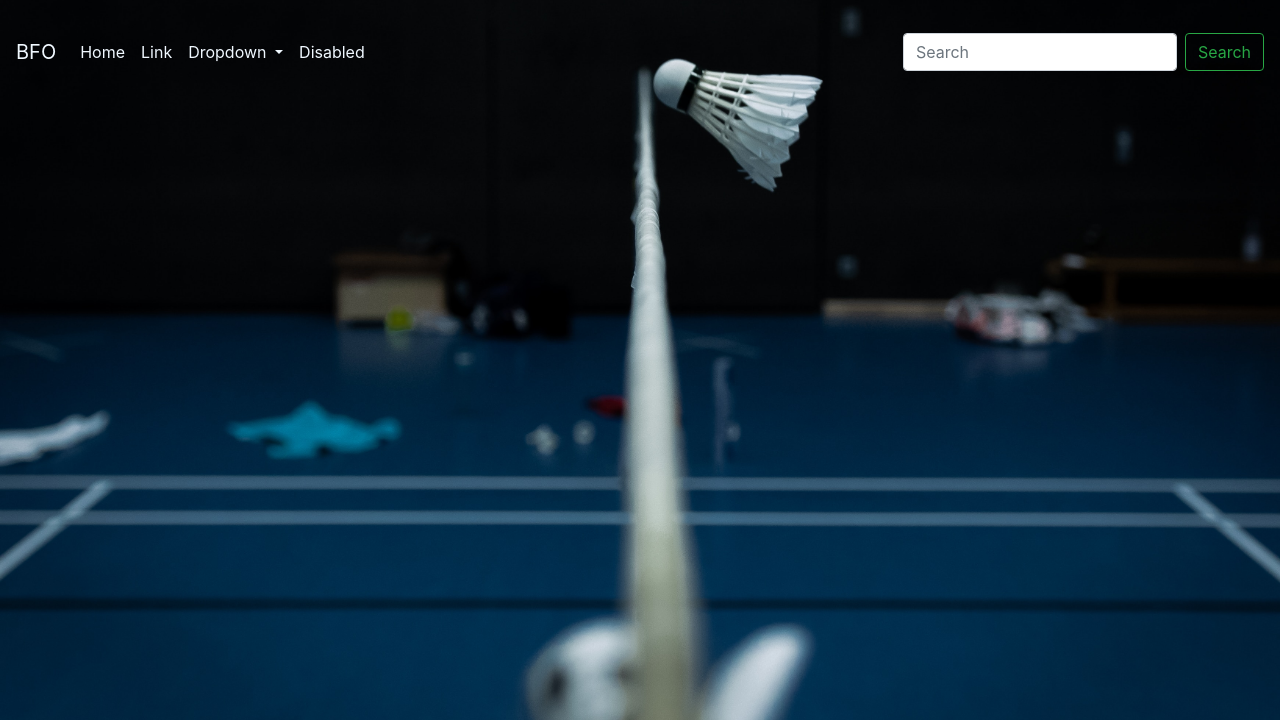
Repository: tsthuy/Badminton
Page: index.html
These files come from the project's save history. The page is drawn as it stood at one moment and after the next save; the edit follows.
The browser window is 1280 px wide. The pictures show the whole page.
Some web libraries are served in a nearby version.

Above is the page before, as saved 2023-10-12 21:54:07.

### index.html
<!DOCTYPE html>
<html lang="en">
<head>
    <meta charset="UTF-8">
    <meta name="viewport" content="width=device-width, initial-scale=1.0">
    <link rel="stylesheet" href="https://cdn.jsdelivr.net/npm/bootstrap@4.0.0/dist/css/bootstrap.min.css" integrity="sha384-Gn5384xqQ1aoWXA+058RXPxPg6fy4IWvTNh0E263XmFcJlSAwiGgFAW/dAiS6JXm" crossorigin="anonymous">
    <link rel="stylesheet" href="main.css">

    <title>Badminton</title>
</head>
<body>
    Explain
<nav class="navbar navbar-expand-lg navbar-light bg-light " style="background-color: transparent !important;
">
  <a style="color: aliceblue;" class="navbar-brand" href="#">BFO</a>
  <button class="navbar-toggler" type="button" data-toggle="collapse" data-target="#navbarSupportedContent" aria-controls="navbarSupportedContent" aria-expanded="false" aria-label="Toggle navigation">
    <span class="navbar-toggler-icon"></span>
  </button>

  <div class="collapse navbar-collapse" id="navbarSupportedContent">
    <ul class="navbar-nav mr-auto">
      <li class="nav-item active">
        <a style="color: aliceblue;" class="nav-link" href="#">Home <span class="sr-only">(current)</span></a>
      </li>
      <li class="nav-item">
        <a style="color: aliceblue;" class="nav-link" href="#">Link</a>
      </li>
      <li class="nav-item dropdown">
        <a style="color: aliceblue;" class="nav-link dropdown-toggle" href="#" id="navbarDropdown" role="button" data-toggle="dropdown" aria-haspopup="true" aria-expanded="false">
          Dropdown
        </a>
        <div style="color: aliceblue;" class="dropdown-menu" aria-labelledby="navbarDropdown">
          <a class="dropdown-item" href="#">Action</a>
          <a class="dropdown-item" href="#">Another action</a>
          <div class="dropdown-divider"></div>
          <a class="dropdown-item" href="#">Something else here</a>
        </div>
      </li>
      <li class="nav-item">
        <a style="color: aliceblue;" class="nav-link disabled" href="#">Disabled</a>
      </li>
    </ul>
    <form class="form-inline my-2 my-lg-0">
      <input class="form-control mr-sm-2" type="search" placeholder="Search" aria-label="Search">
      <button class="btn btn-outline-success my-2 my-sm-0" type="submit">Search</button>
    </form>
  </div>
</nav>
   <div class="background_cover">

    <img class="bg_img" src="./Image/stephan-rothe-VePgmkq3hHI-unsplash.jpg" alt="" style="object-fit: cover;margin-top: -80px; height: 100vh; width: 100%;">
   </div>

</body>

<script src="https://code.jquery.com/jquery-3.2.1.slim.min.js" integrity="sha384-KJ3o2DKtIkvYIK3UENzmM7KCkRr/rE9/Qpg6aAZGJwFDMVNA/GpGFF93hXpG5KkN" crossorigin="anonymous"></script>
<script src="https://cdn.jsdelivr.net/npm/popper.js@1.12.9/dist/umd/popper.min.js" integrity="sha384-ApNbgh9B+Y1QKtv3Rn7W3mgPxhU9K/ScQsAP7hUibX39j7fakFPskvXusvfa0b4Q" crossorigin="anonymous"></script>
<script src="https://cdn.jsdelivr.net/npm/bootstrap@4.0.0/dist/js/bootstrap.min.js" integrity="sha384-JZR6Spejh4U02d8jOt6vLEHfe/JQGiRRSQQxSfFWpi1MquVdAyjUar5+76PVCmYl" crossorigin="anonymous"></script>
    </script>
</html>

Loaded but not shown: main.css (no stored copy; drawn as an empty file)

After the next save:
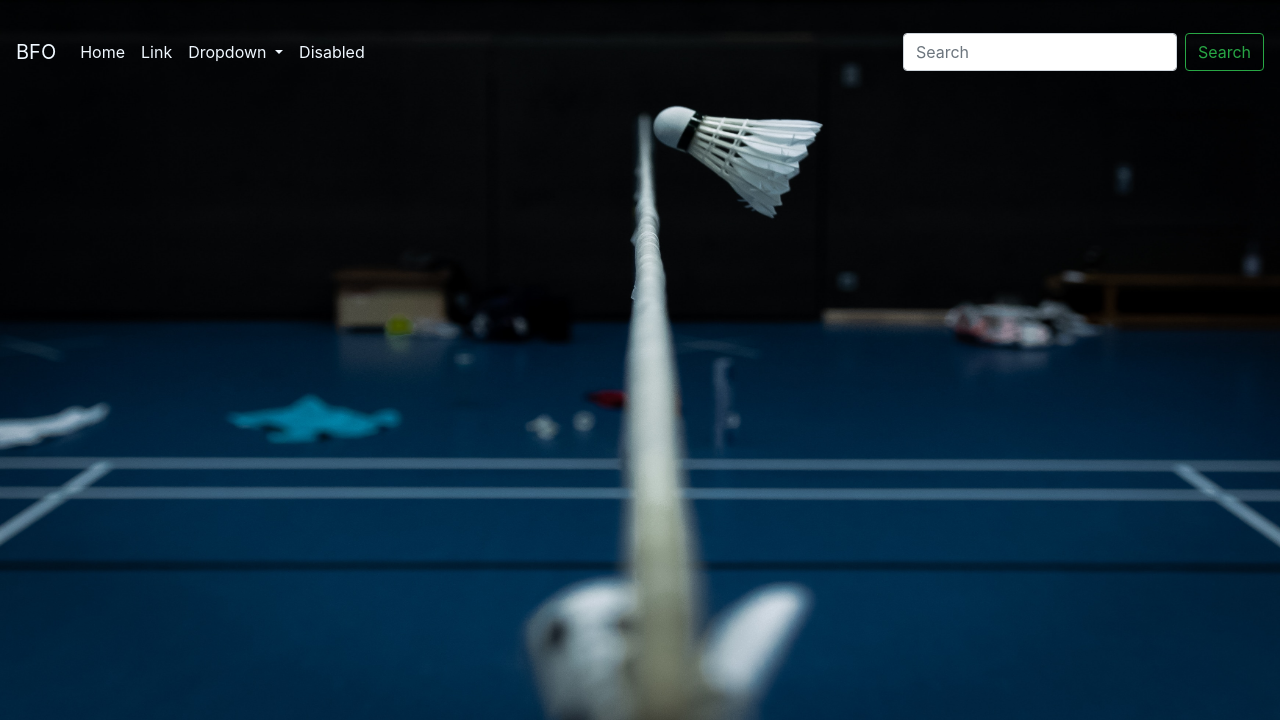
Saved 10 s later.
--- a/index.html
+++ b/index.html
@@ -48,7 +48,7 @@
 </nav>
    <div class="background_cover">
 
-    <img class="bg_img" src="./Image/stephan-rothe-VePgmkq3hHI-unsplash.jpg" alt="" style="object-fit: cover;margin-top: -80px; height: 100vh; width: 100%;">
+    <img class="bg_img" src="./Image/stephan-rothe-VePgmkq3hHI-unsplash.jpg" alt="" style="margin-top: -80px; height: 100vh; width: 100%;">
    </div>
 
 </body>

After the save that followed:
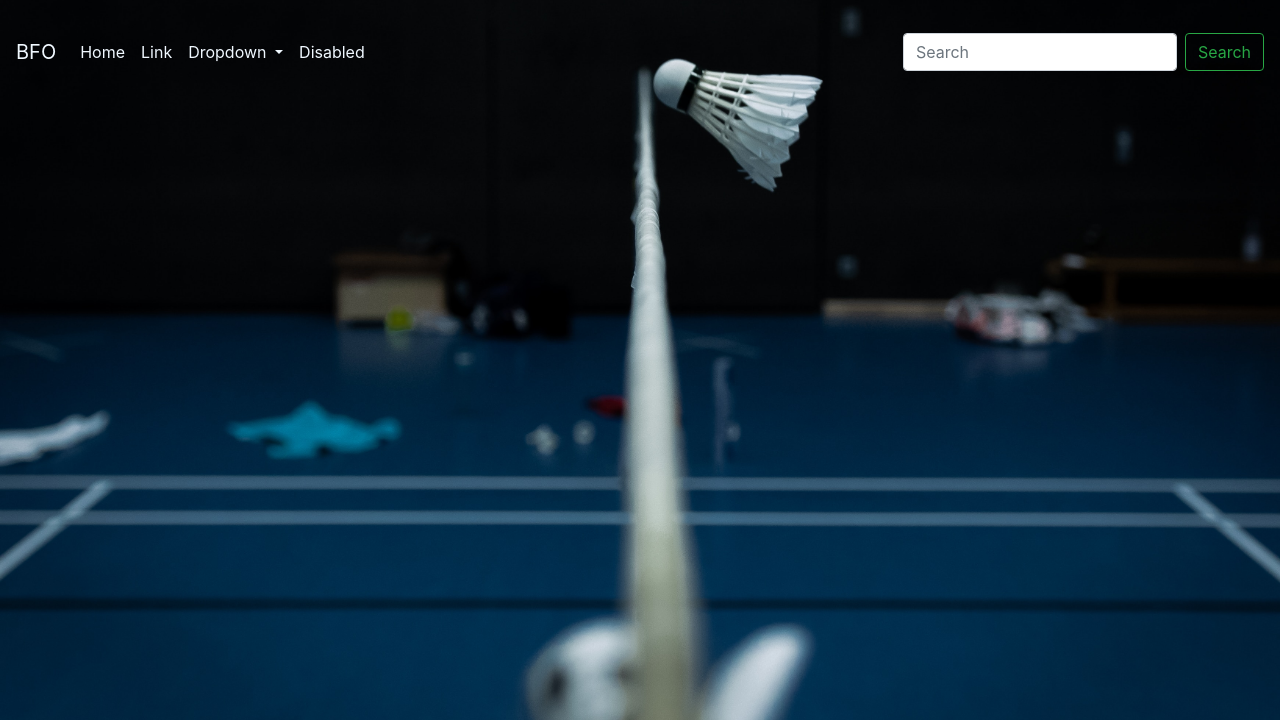
Saved 15 s later.
--- a/index.html
+++ b/index.html
@@ -48,7 +48,7 @@
 </nav>
    <div class="background_cover">
 
-    <img class="bg_img" src="./Image/stephan-rothe-VePgmkq3hHI-unsplash.jpg" alt="" style="margin-top: -80px; height: 100vh; width: 100%;">
+    <img class="bg_img" src="./Image/stephan-rothe-VePgmkq3hHI-unsplash.jpg" alt="" style="object-fit: cover;margin-top: -80px; height: 100vh; width: 100%;">
    </div>
 
 </body>
